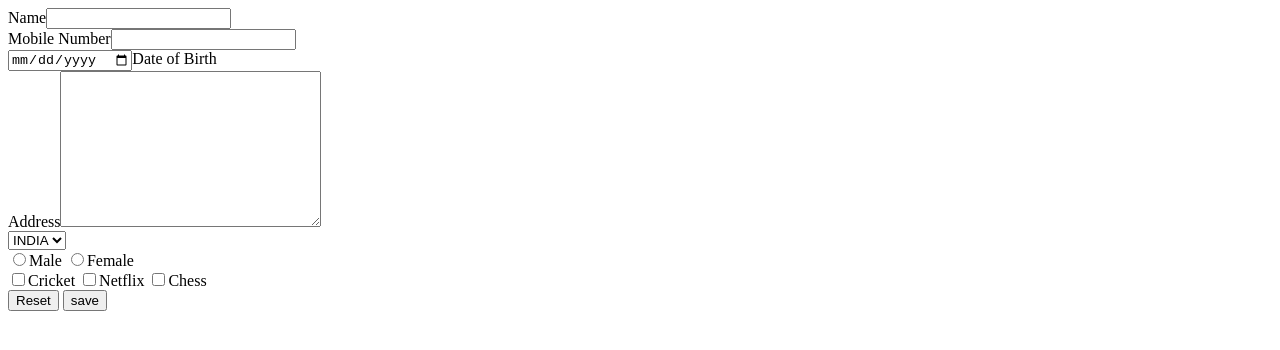
Repository: mannu343/project
Page: student/src/main/webapp/student.html
The author's editor kept a copy of each file at every save. The page is drawn from the files as they stood at one save, then again after the next save.
The browser window is 1280 px wide. The pictures show the whole page.

Above is the page before, as saved 2023-01-31 17:26:18.

### student/src/main/webapp/student.html
<!DOCTYPE html>
<html>
<head>
<meta charset="ISO-8859-1">
<title>Insert title here</title>
</head>
<body>
<form action="save">
Name<input name="name" type="text"> <br>
Mobile Number<input name="mob" type="number"> <br>
<input name="dob" type="date">Date of Birth <br>
Address<textarea name="ads" rows="10" cols="30"></textarea><br>
<select name="Contry">
<option value="INDIA">INDIA</option>
<option value="BAN">BAN</option>
<option value="PAK">PAK</option>
</select><br>
<input name="gen" type="radio" value="Male">Male
<input name="gen" type="radio" value="Female">Female <br>
<input type="checkbox" name="hobies" value="Cricket">Cricket
<input type="checkbox" name="hobies" value="Netflix">Netflix
<input type="checkbox" name="hobies" value="Chess">Chess <br>


<input type="reset">
<button>save</button>


</form>

</body>
</html>

After the next save:
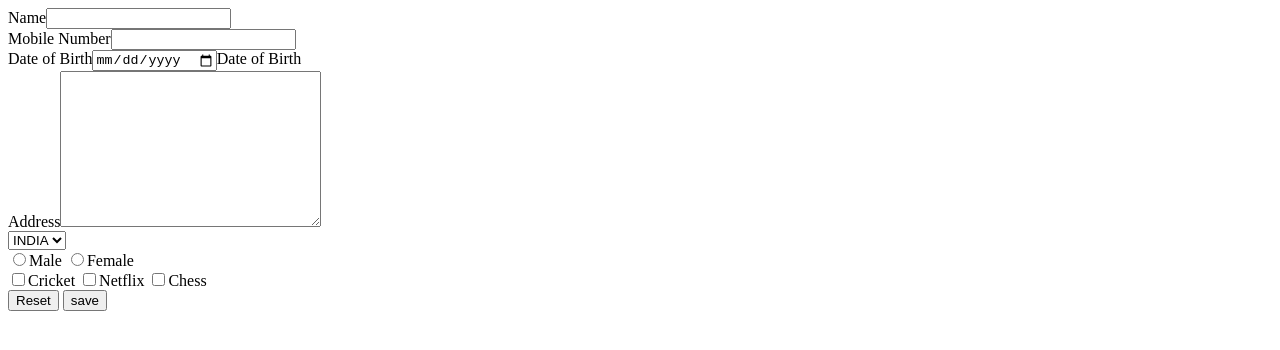
Saved 6 s later.
--- a/student/src/main/webapp/student.html
+++ b/student/src/main/webapp/student.html
@@ -8,7 +8,7 @@
 <form action="save">
 Name<input name="name" type="text"> <br>
 Mobile Number<input name="mob" type="number"> <br>
-<input name="dob" type="date">Date of Birth <br>
+Date of Birth<input name="dob" type="date">Date of Birth <br>
 Address<textarea name="ads" rows="10" cols="30"></textarea><br>
 <select name="Contry">
 <option value="INDIA">INDIA</option>
